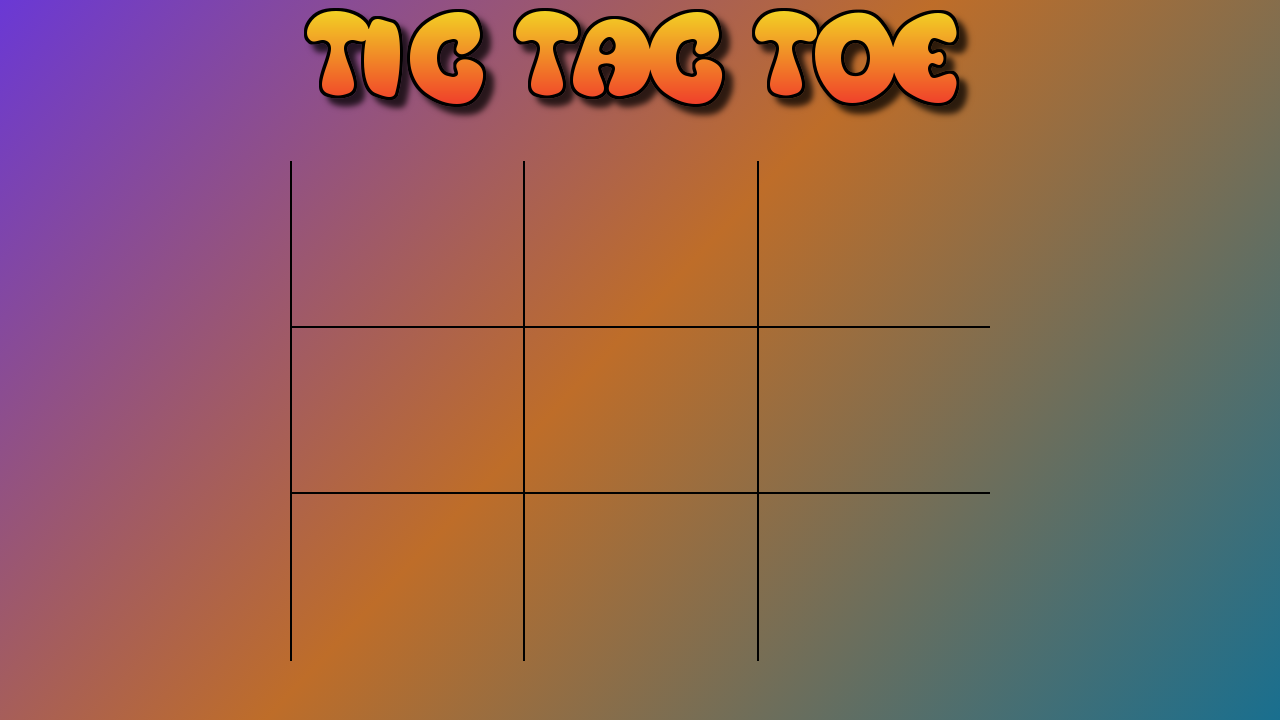
Repository: malx9/Project--5---Tic-Tac-Toe-with-AI
Page: index.html
These files come from the project's save history. The page is drawn as it stood at one moment and after the next save; the edit follows.
The browser window is 1280 px wide. The pictures show the whole page.

Above is the page before, as saved 2023-12-25 17:27:53.

After the next save:
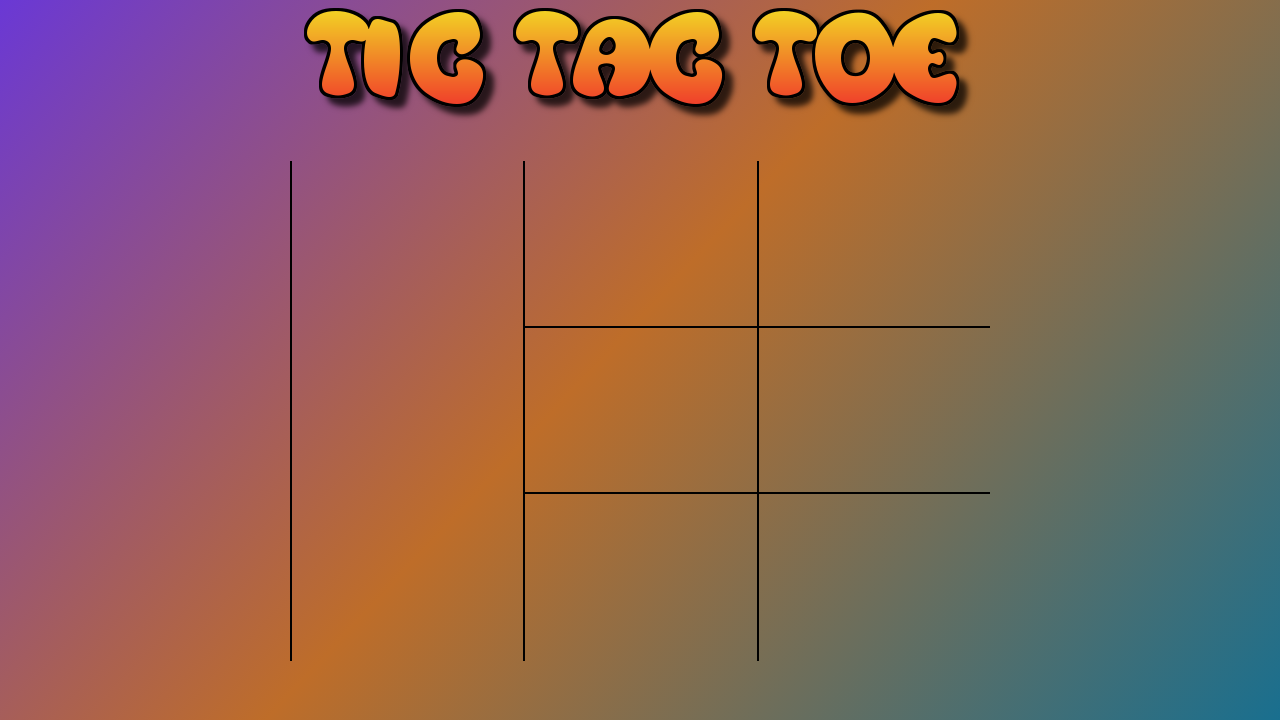
Saved 23 s later.
--- a/styles.css
+++ b/styles.css
@@ -42,3 +42,9 @@ body {
 .square-9 {
   border-bottom: 0;
 }
+
+.square-1,
+.square-4,
+.square-7 {
+  border-bottom: 0;
+}
